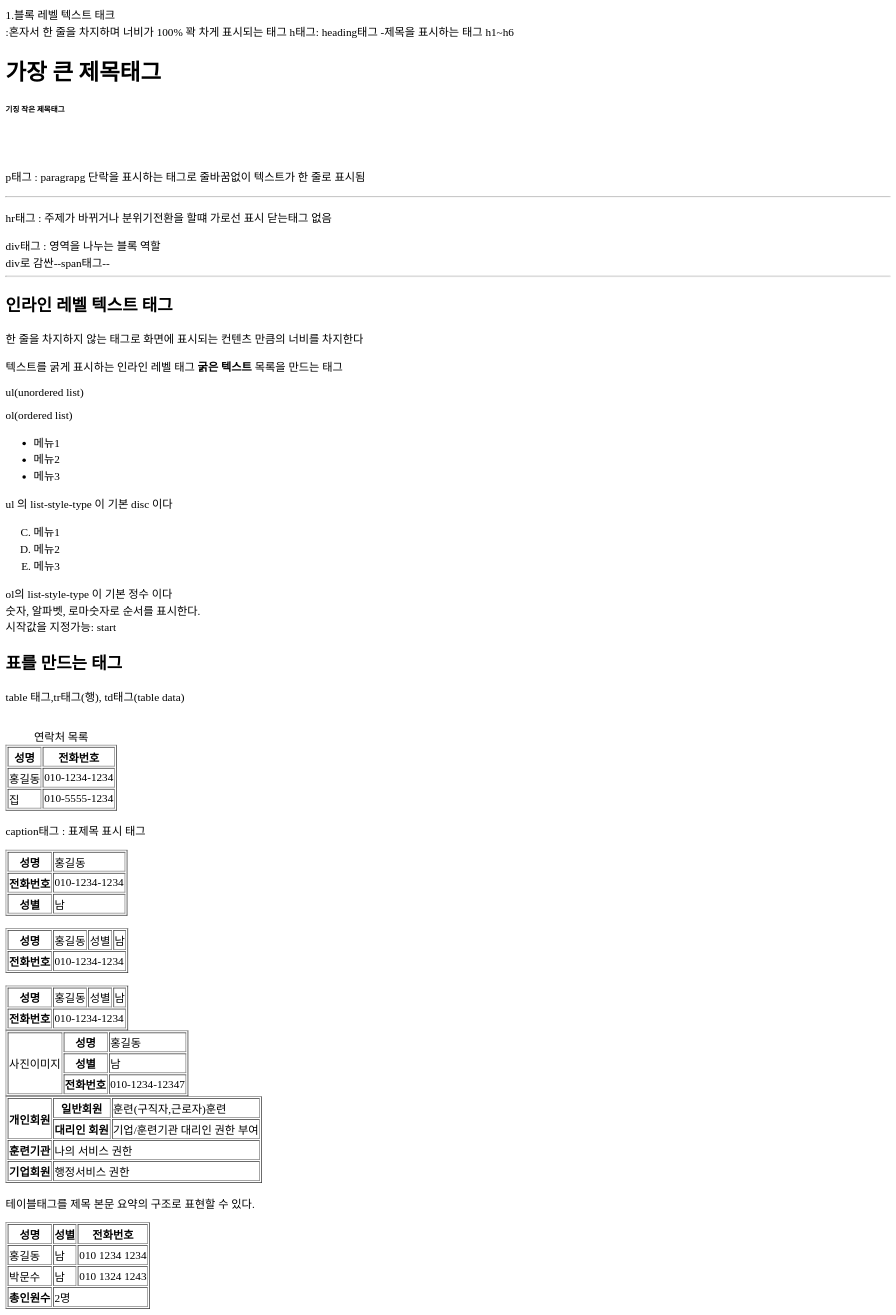
Repository: hana825/Web
Page: web/WebContent/index.html
These files come from the project's save history. The page is drawn as it stood at one moment and after the next save; the edit follows.
The browser window is 1280 px wide. The pictures show the whole page, at 70% of full size.

Above is the page before, as saved 2022-03-17 07:13:37.

After the next save:
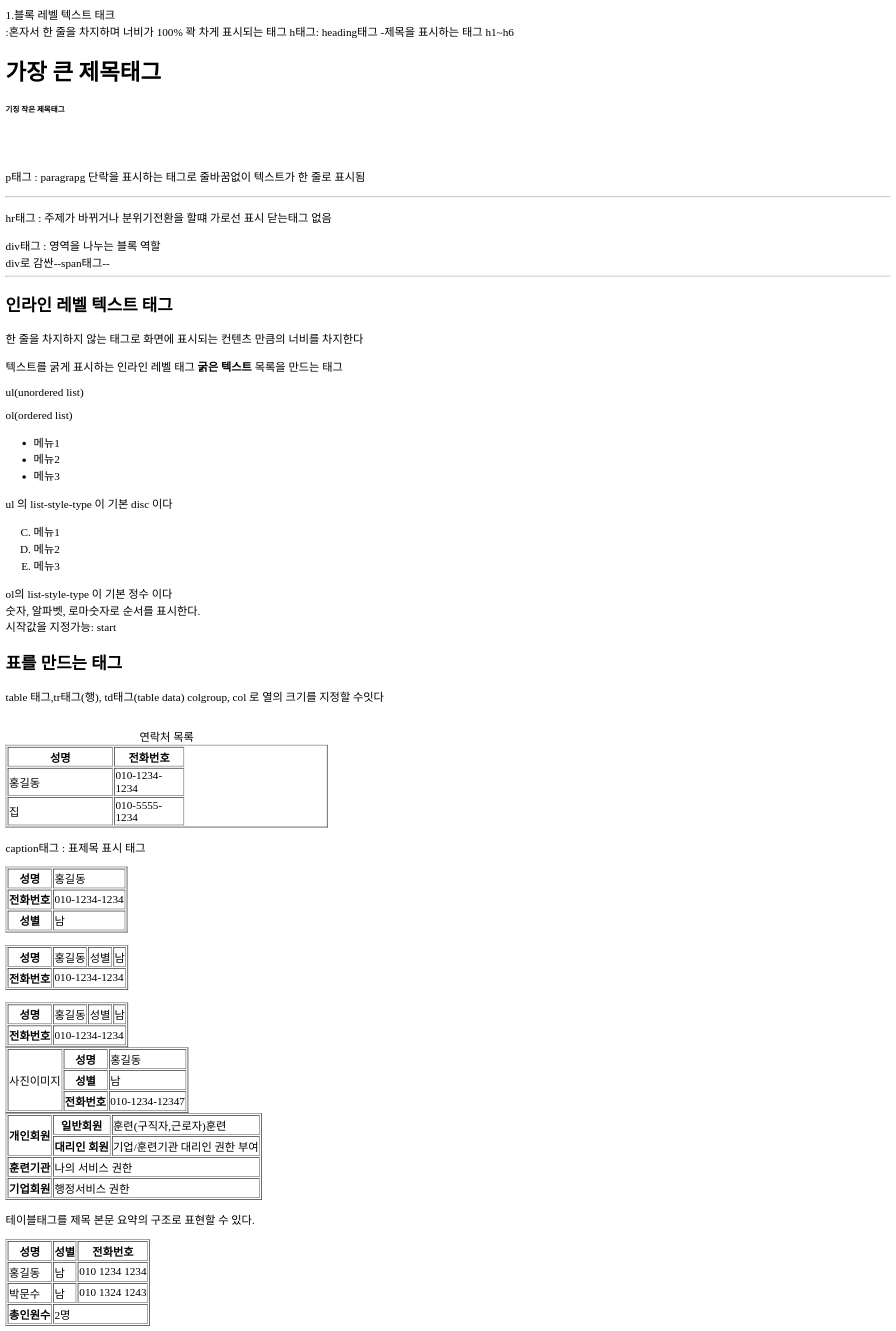
Saved 5 min 32 s later.
--- a/web/WebContent/index.html
+++ b/web/WebContent/index.html
@@ -59,9 +59,16 @@ div태그 : 영역을 나누는 블록 역할
 </p>
 
 <h2>표를 만드는 태그</h2>
-<p>table 태그,tr태그(행), td태그(table data)</p><br>
+<p>table 태그,tr태그(행), td태그(table data)
+colgroup, col 로 열의 크기를 지정할 수잇다
+</p><br>
 
 <table border='1'>
+	<colgroup>
+		<col style='width:150px'>
+		<col style='width:100px'>
+		<col style='width:200px'>
+	</colgroup>
 	<caption>연락처 목록</caption>
 	<tr><th>성명</th><th>전화번호</th></tr>
 	<tr><td>홍길동</td><td>010-1234-1234</td></tr>
